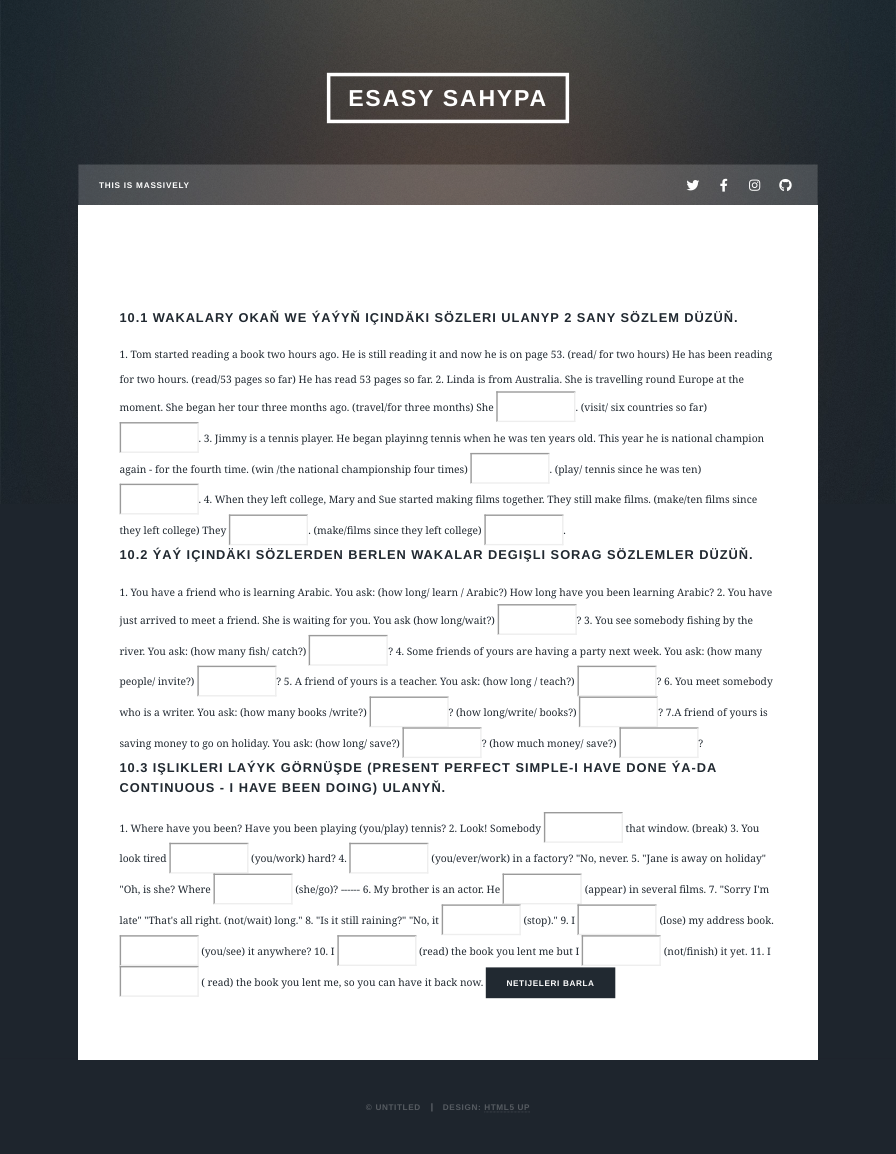
Repository: Sahet-dev/English-grammar-app
Page: test/test_unit _10.html
An editor plug-in stored every save of this project. The page is shown before and after the next save, followed by the edit.
The browser window is 1280 px wide. The pictures show the part of the page from y = 0 to 1920 px (the page is 1649 px tall before and 2827 px after), at 70% of full size.
Some web fonts or font styles are not loaded; a fallback is used.

Above is the page before, as saved 2022-06-24 16:02:55.

### test/test_unit _10.html
<!DOCTYPE HTML>
<!--
	Massively by HTML5 UP
	html5up.net | @ajlkn
	Free for personal and commercial use under the CCA 3.0 license (html5up.net/license)
-->
<html>
	<head>
		<title>Test </title>
		<meta charset="utf-8" />
		<meta name="viewport" content="width=device-width, initial-scale=1, user-scalable=no" />
		<link rel="stylesheet" href="../assets/css/test.css" />
		<noscript><link rel="stylesheet" href="../assets/css/noscript.css" /></noscript>
	</head>
	<body class="is-preload">

		<!-- Wrapper -->
			<div id="wrapper">

				<!-- Header -->
					<header id="header">
						<a href="index.html" class="logo">Esasy Sahypa</a>
					</header>

				<!-- Nav -->
					<nav id="nav">
						<ul class="links">
							<li><a href="units/.html">This is Massively</a></li>

						</ul>
						<ul class="icons">
							<li><a href="#" class="icon brands fa-twitter"><span class="label">Twitter</span></a></li>
							<li><a href="#" class="icon brands fa-facebook-f"><span class="label">Facebook</span></a></li>
							<li><a href="#" class="icon brands fa-instagram"><span class="label">Instagram</span></a></li>
							<li><a href="#" class="icon brands fa-github"><span class="label">GitHub</span></a></li>
						</ul>
					</nav>

				<!-- Main -->
					<div id="main">

						<!-- Post -->
							<section class="post">
								<header class="major">
									<h2>


									</h2>
								</header>

								<!-- Text stuff -->

									<p>
										<form action="results-unit-1.php" method="post">



										<h3>10.1

														Wakalary okaň we ýaýyň içindäki sözleri ulanyp 2 sany sözlem düzüň.</h3>

														1. Tom started reading a book two hours ago.
														He is still reading it and now he is on page 53.
														(read/ for two hours) He has been reading
														for two hours.

														(read/53 pages so far) He has read 53

														pages so far.

														2. Linda is from Australia. She is travelling
														round Europe at the moment. She began her
														tour three months ago.
														(travel/for three months) She   <input type="text" size="7" name="answer" value="">.
														(visit/ six countries so far)   <input type="text" size="7" name="answer" value="">.

														3. Jimmy is a tennis player. He began playinng
														tennis when he was ten years old. This year
														he is national champion again - for the fourth

														time.

														(win /the national championship four
														times)   <input type="text" size="7" name="answer" value="">.
														(play/ tennis since he was ten)   <input type="text" size="7" name="answer" value="">.

														4. When they left college, Mary and Sue started
														making films together. They still make films.
														(make/ten films since they left college)
														They   <input type="text" size="7" name="answer" value="">.
														(make/films since they left
														college)   <input type="text" size="7" name="answer" value="">.

													<h3>10.2
														Ýaý içindäki sözlerden berlen wakalar degişli sorag sözlemler düzüň.</h3>

														1. You have a friend who is learning Arabic. You
														ask:

														(how long/ learn / Arabic?) How long have
														you been learning Arabic?

														2. You have just arrived to meet a friend. She is
														waiting for you. You ask
														(how long/wait?)   <input type="text" size="7" name="answer" value="">?

														3. You see somebody fishing by the river. You
														ask:

														(how many fish/ catch?)   <input type="text" size="7" name="answer" value="">?


														4. Some friends of yours are having a party

														next week. You ask:

														(how many people/
														invite?)   <input type="text" size="7" name="answer" value="">?

														5. A friend of yours is a teacher. You ask:
														(how long / teach?)   <input type="text" size="7" name="answer" value="">?

														6. You meet somebody who is a writer. You

														ask:

														(how many books /write?)   <input type="text" size="7" name="answer" value="">?
														(how long/write/ books?)   <input type="text" size="7" name="answer" value="">?

														7.A friend of yours is saving money to go on
														holiday. You ask:


														(how long/ save?)   <input type="text" size="7" name="answer" value="">?
														(how much money/ save?)   <input type="text" size="7" name="answer" value="">?

													<h3>10.3

														Işlikleri laýyk görnüşde (present perfect simple-I have done
														Ýa-da continuous - I have been doing) ulanyň.</h3>

														1. Where have you been? Have you been
														playing (you/play) tennis?

														2. Look! Somebody   <input type="text" size="7" name="answer" value="">  that window.

														(break)

														3. You look tired   <input type="text" size="7" name="answer" value="">  (you/work)

														hard?

														4.   <input type="text" size="7" name="answer" value="">  (you/ever/work) in a


														factory? "No, never.

														5. "Jane is away on holiday" "Oh, is she?
														Where   <input type="text" size="7" name="answer" value="">   (she/go)?

														------

														6. My brother is an actor. He   <input type="text" size="7" name="answer" value="">
														(appear) in several films.

														7. "Sorry I'm late" "That's all right.
														(not/wait) long."

														8. "Is it still raining?" "No, it    <input type="text" size="7" name="answer" value="">
														(stop)."

														9. I    <input type="text" size="7" name="answer" value="">   (lose) my address

														book.    <input type="text" size="7" name="answer" value="">   (you/see) it anywhere?

														10. I    <input type="text" size="7" name="answer" value="">   (read) the book you lent me but

														I    <input type="text" size="7" name="answer" value="">   (not/finish) it yet.

														11. I     <input type="text" size="7" name="answer" value="">  ( read) the book you lent me, so you can have it back now.





											        <button class="button primary" type="submit">Netijeleri barla</button>
										</form>



									</p>


							</section>

					</div>


				<!-- Copyright -->
					<div id="copyright">
						<ul><li>&copy; Untitled</li><li>Design: <a href="https://html5up.net">HTML5 UP</a></li></ul>
					</div>

			</div>

		<!-- Scripts -->
			<script src="assets/js/jquery.min.js"></script>
			<script src="assets/js/jquery.scrollex.min.js"></script>
			<script src="assets/js/jquery.scrolly.min.js"></script>
			<script src="assets/js/browser.min.js"></script>
			<script src="assets/js/breakpoints.min.js"></script>
			<script src="assets/js/util.js"></script>
			<script src="assets/js/main.js"></script>

	</body>
</html>

Loaded but not shown: assets/js/jquery.min.js (library); assets/js/jquery.scrollex.min.js (common file); assets/js/jquery.scrolly.min.js (common file); assets/js/browser.min.js (common file); assets/js/breakpoints.min.js (common file); assets/css/fontawesome-all.min.css (library); assets/js/util.js (587 lines, source omitted); assets/js/main.js (258 lines, source omitted); assets/css/test.css (4689 lines, source omitted)

After the next save:
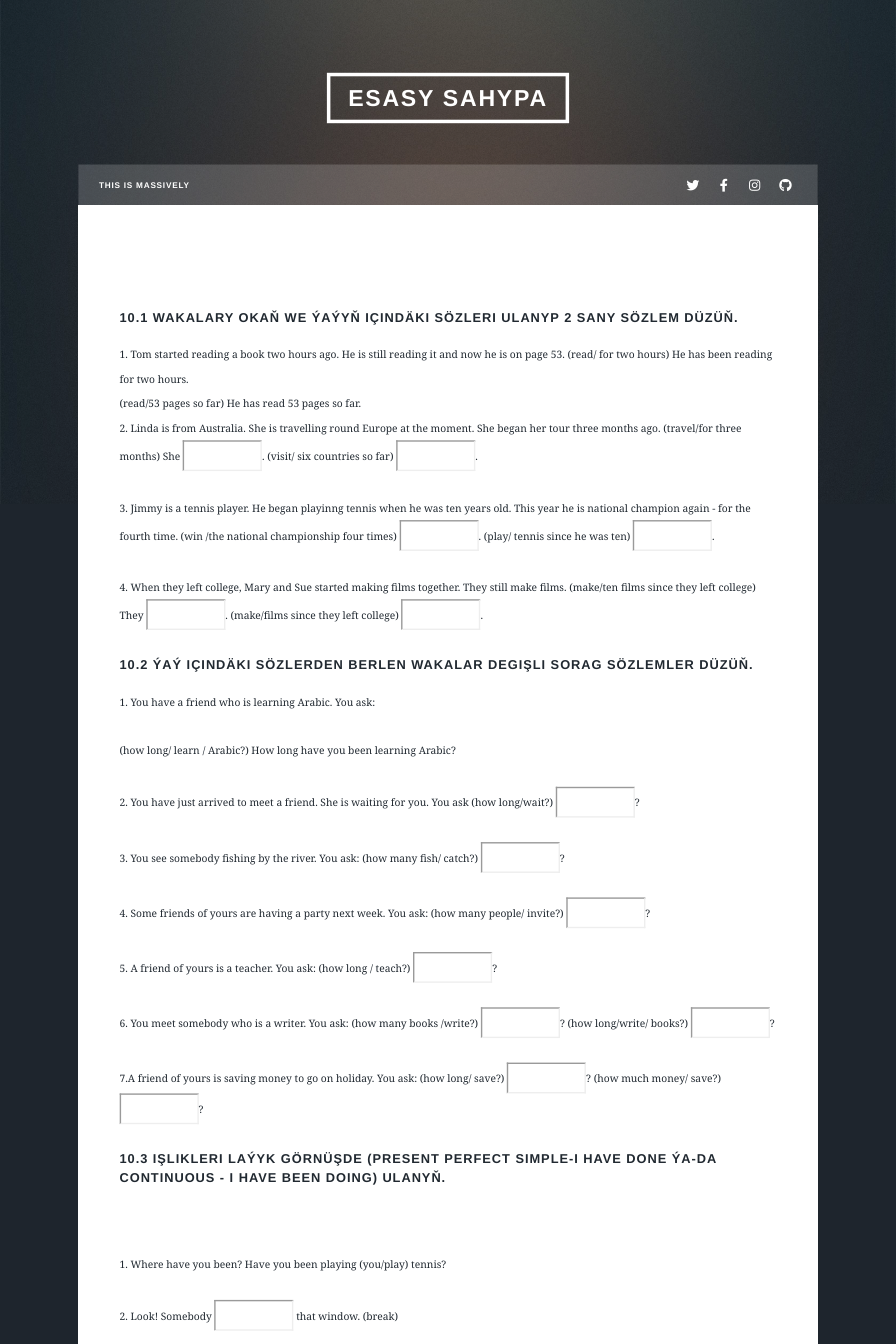
Saved 93 s later.
--- a/test/test_unit _10.html
+++ b/test/test_unit _10.html
@@ -63,17 +63,17 @@
 														He is still reading it and now he is on page 53.
 														(read/ for two hours) He has been reading
 														for two hours.
-
+														<br>
 														(read/53 pages so far) He has read 53
 
 														pages so far.
-
+														<br>
 														2. Linda is from Australia. She is travelling
 														round Europe at the moment. She began her
 														tour three months ago.
 														(travel/for three months) She   <input type="text" size="7" name="answer" value="">.
 														(visit/ six countries so far)   <input type="text" size="7" name="answer" value="">.
-
+														<br><br>
 														3. Jimmy is a tennis player. He began playinng
 														tennis when he was ten years old. This year
 														he is national champion again - for the fourth
@@ -83,100 +83,100 @@
 														(win /the national championship four
 														times)   <input type="text" size="7" name="answer" value="">.
 														(play/ tennis since he was ten)   <input type="text" size="7" name="answer" value="">.
-
+														<br><br>
 														4. When they left college, Mary and Sue started
 														making films together. They still make films.
 														(make/ten films since they left college)
 														They   <input type="text" size="7" name="answer" value="">.
 														(make/films since they left
 														college)   <input type="text" size="7" name="answer" value="">.
-
+														<br><br>
 													<h3>10.2
 														Ýaý içindäki sözlerden berlen wakalar degişli sorag sözlemler düzüň.</h3>
 
 														1. You have a friend who is learning Arabic. You
 														ask:
-
+														<br><br>
 														(how long/ learn / Arabic?) How long have
 														you been learning Arabic?
-
+														<br><br>
 														2. You have just arrived to meet a friend. She is
 														waiting for you. You ask
 														(how long/wait?)   <input type="text" size="7" name="answer" value="">?
-
+														<br><br>
 														3. You see somebody fishing by the river. You
 														ask:
 
 														(how many fish/ catch?)   <input type="text" size="7" name="answer" value="">?
 
-
+														<br><br>
 														4. Some friends of yours are having a party
 
 														next week. You ask:
 
 														(how many people/
 														invite?)   <input type="text" size="7" name="answer" value="">?
-
+														<br><br>
 														5. A friend of yours is a teacher. You ask:
 														(how long / teach?)   <input type="text" size="7" name="answer" value="">?
-
+														<br><br>
 														6. You meet somebody who is a writer. You
 
 														ask:
 
 														(how many books /write?)   <input type="text" size="7" name="answer" value="">?
 														(how long/write/ books?)   <input type="text" size="7" name="answer" value="">?
-
+														<br><br>
 														7.A friend of yours is saving money to go on
 														holiday. You ask:
 
 
 														(how long/ save?)   <input type="text" size="7" name="answer" value="">?
 														(how much money/ save?)   <input type="text" size="7" name="answer" value="">?
-
+														<br><br>
 													<h3>10.3
 
 														Işlikleri laýyk görnüşde (present perfect simple-I have done
 														Ýa-da continuous - I have been doing) ulanyň.</h3>
-
+														<br><br>
 														1. Where have you been? Have you been
 														playing (you/play) tennis?
-
+														<br><br>
 														2. Look! Somebody   <input type="text" size="7" name="answer" value="">  that window.
 
 														(break)
-
+														<br><br>
 														3. You look tired   <input type="text" size="7" name="answer" value="">  (you/work)
 
 														hard?
-
+														<br><br>
 														4.   <input type="text" size="7" name="answer" value="">  (you/ever/work) in a
 
 
 														factory? "No, never.
-
+														<br><br>
 														5. "Jane is away on holiday" "Oh, is she?
 														Where   <input type="text" size="7" name="answer" value="">   (she/go)?
 
-														------
+														<br><br>
 
 														6. My brother is an actor. He   <input type="text" size="7" name="answer" value="">
 														(appear) in several films.
-
+														<br><br>
 														7. "Sorry I'm late" "That's all right.
 														(not/wait) long."
-
+														<br><br>
 														8. "Is it still raining?" "No, it    <input type="text" size="7" name="answer" value="">
 														(stop)."
-
+														<br><br>
 														9. I    <input type="text" size="7" name="answer" value="">   (lose) my address
 
 														book.    <input type="text" size="7" name="answer" value="">   (you/see) it anywhere?
-
+														<br><br>
 														10. I    <input type="text" size="7" name="answer" value="">   (read) the book you lent me but
 
 														I    <input type="text" size="7" name="answer" value="">   (not/finish) it yet.
-
+														<br><br>
 														11. I     <input type="text" size="7" name="answer" value="">  ( read) the book you lent me, so you can have it back now.
 
 
